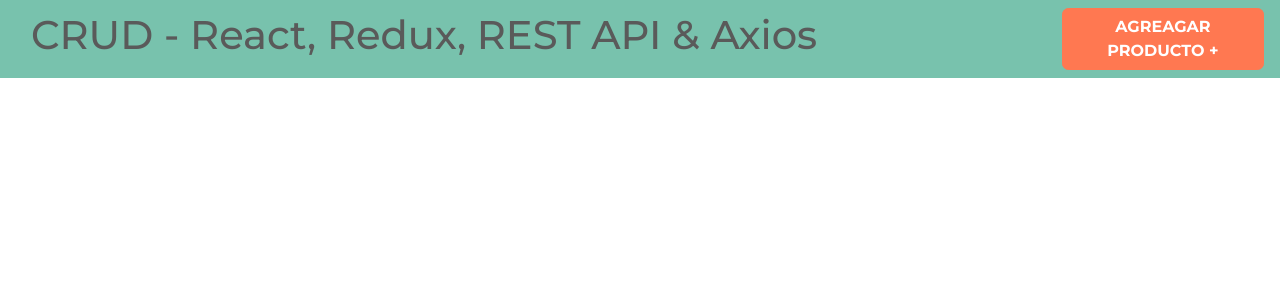
Repository: leonmezu1/reduxcrud
Page: /
An editor plug-in stored every save of this project. The page is shown before and after the next save, followed by the edit.
The browser window is 1280 px wide. The pictures show the whole page.
The project was rebuilt for these pictures with package versions that can differ from the ones it lists, and the page was loaded fresh each time.

Above is the page before, as saved 2020-10-14 14:20:07.

### public/index.html
<!DOCTYPE html>
<html lang="en">
  <head>
    <meta charset="utf-8" />
    <link rel="icon" href="%PUBLIC_URL%/favicon.ico" />
    <meta name="viewport" content="width=device-width, initial-scale=1" />
    <meta name="theme-color" content="#000000" />
    <meta
      name="description"
      content="Web site created using create-react-app"
    />
    <link rel="apple-touch-icon" href="%PUBLIC_URL%/logo192.png" />
    <!--
      manifest.json provides metadata used when your web app is installed on a
      user's mobile device or desktop. See https://developers.google.com/web/fundamentals/web-app-manifest/
    -->
    <link rel="manifest" href="%PUBLIC_URL%/manifest.json" />
    <!--
      Notice the use of %PUBLIC_URL% in the tags above.
      It will be replaced with the URL of the `public` folder during the build.
      Only files inside the `public` folder can be referenced from the HTML.

      Unlike "/favicon.ico" or "favicon.ico", "%PUBLIC_URL%/favicon.ico" will
      work correctly both with client-side routing and a non-root public URL.
      Learn how to configure a non-root public URL by running `npm run build`.
    -->
    <title>React, Redux, React Router DOM</title>
    <link
      rel="stylesheet"
      href="https://bootswatch.com/4/minty/bootstrap.min.css"
    />
  </head>
  <body>
    <noscript>You need to enable JavaScript to run this app.</noscript>
    <div id="root"></div>
    <!--
      This HTML file is a template.
      If you open it directly in the browser, you will see an empty page.

      You can add webfonts, meta tags, or analytics to this file.
      The build step will place the bundled scripts into the <body> tag.

      To begin the development, run `npm start` or `yarn start`.
      To create a production bundle, use `npm run build` or `yarn build`.
    -->
  </body>
</html>

### src/index.css
body {
  margin: 0;
  padding: 0;
  font-weight: 400;
  font-family: -apple-system, BlinkMacSystemFont, "Segoe UI", "Roboto", "Oxygen",
    "Ubuntu", "Cantarell", "Fira Sans", "Droid Sans", "Helvetica Neue",
    sans-serif;
  -webkit-font-smoothing: antialiased;
  -moz-osx-font-smoothing: grayscale;
  font-size: 16px;
}

h1 a {
  font-size: 1.8rem;
}

h1 a.text-light:hover {
  color: white !important;
  text-decoration: none !important;
}

.nuevo-post {
  font-weight: bold;
  text-transform: uppercase;
}

.btn {
  font-weight: bold;
}

.form-group label,
.list-group-item {
  font-size: 1.4rem;
}

.navbar .btn {
  flex: 1;
}

@media (min-width: 768px) {
  .navbar .btn {
    flex: 0 1 auto;
  }
}

.acciones {
  margin: 1rem 0;
}

@media (min-width: 768px) {
  .acciones {
    margin: 0;
  }
}

.acciones > * {
  flex: 1;
}

### src/App.js
import React, { Fragment } from "react";
import Header from "./components/Header";

function App() {
  return (
    <Fragment>
      <Header />
    </Fragment>
  );
}

export default App;

### src/components/Header.js
import React from "react";

const Header = () => {
  return (
    <nav className="navbar navbar-expand-lg navbar-dark bg-primary justify-content-between">
      <div className="container">
        <h1>CRUD - React, Redux, REST API & Axios</h1>
      </div>
      <a
        className="btn btn-danger nuevo-post d-block d-md-inline-block"
        href="/productos/nuevo"
      >
        Agreagar producto &#43;
      </a>
    </nav>
  );
};

export default Header;

Loaded but not shown: src/index.js (common file); src/serviceWorker.js (common file)

After the next save:
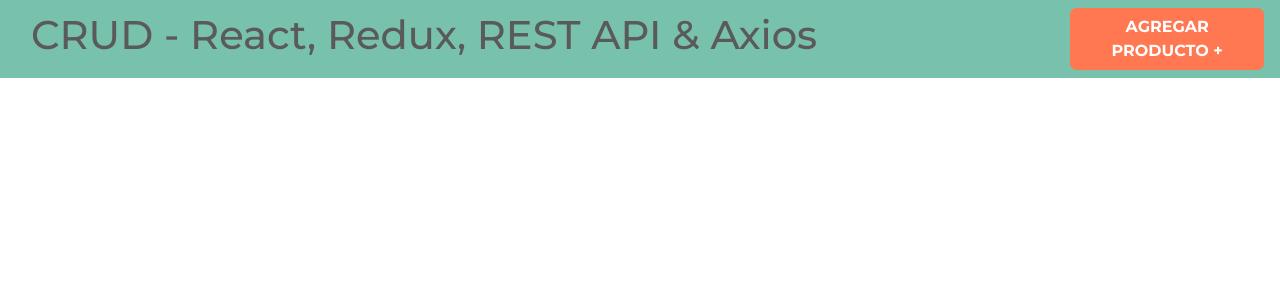
Saved 13 s later.
--- a/src/components/Header.js
+++ b/src/components/Header.js
@@ -10,7 +10,7 @@
         className="btn btn-danger nuevo-post d-block d-md-inline-block"
         href="/productos/nuevo"
       >
-        Agreagar producto &#43;
+        Agregar producto &#43;
       </a>
     </nav>
   );
